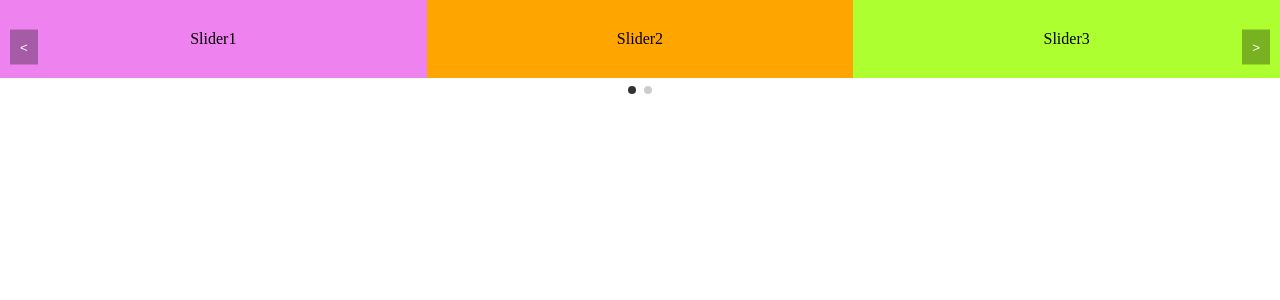
Repository: hoangan3526/Slideslip
Page: slidezy.html
An editor plug-in stored every save of this project. The page is shown before and after the next save, followed by the edit.
The browser window is 1280 px wide. The pictures show the whole page.

Above is the page before, as saved 2026-05-16 22:15:16.

### slidezy.html
<!doctype html>
<html lang="en">
  <head>
    <meta charset="UTF-8" />
    <meta name="viewport" content="width=device-width, initial-scale=1.0" />
    <link rel="stylesheet" href="./src/slidezy.css" />
    <title>Slider</title>
    <style>
      * {
        padding: 0;
        margin: 0;
        box-sizing: border-box;
      }

      .slidezy-slide {
        padding: 30px;
        text-align: center;
      }

      .slide-1 {
        background: violet;
      }

      .slide-2 {
        background: orange;
      }

      .slide-3 {
        background: greenyellow;
      }
      .slide-4 {
        background: rgb(238, 130, 197);
      }

      .slide-5 {
        background: rgb(255, 72, 0);
      }

      .slide-6 {
        background: rgb(89, 47, 255);
      }
    </style>
  </head>
  <body>
    <div id="my-slider">
      <div class="slide-1">Slider1</div>
      <div class="slide-2">Slider2</div>
      <div class="slide-3">Slider3</div>
      <div class="slide-4">Slider4</div>
      <div class="slide-5">Slider5</div>
      <div class="slide-6">Slider6</div>
    </div>
    <script src="./src/slidezy.js"></script>
    <script>
      const slide = new Slidezy("#my-slider", {
        items: 3,
        loop: true,
        speed: 300,
      });
    </script>
  </body>
</html>

### src/slidezy.css
.slidezy-wrapper {
  position: relative;
  width: 100%;
  overflow: hidden;
}

.slidezy-track {
  display: flex;
}

.slidezy-slide {
  flex: 0 0 auto;
}

.slidezy-prev,
.slidezy-next {
  position: absolute;
  top: 50%;
  transform: translateY(-50%);
  border: none;
  outline: none;
  padding: 10px;
  color: #fff;
  background: rgba(0, 0, 0, 0.3);
}

.slidezy-prev {
  left: 10px;
}

.slidezy-next {
  right: 10px;
}
.slidezy-nav {
  display: flex;
  justify-content: center;
  align-items: center;
  gap: 8px;
  margin-top: 8px;
}
.slidezy-dot {
  width: 8px;
  height: 8px;
  border: none;
  border-radius: 50%;
  background-color: #ccc;
}
.slidezy-dot.active {
  background-color: #333;
}

### src/slidezy.js
function Slidezy(selector, options = {}) {
  this.container = document.querySelector(selector);
  if (!this.container) {
    console.error(`${selector} is not Container`);
    return;
  }
  this.opt = Object.assign({}, options);
  //slidezy-track
  this.slides = Array.from(this.container.children);
  this.opt = Object.assign(
    {
      items: 1,
      loop: false,
      speed: 300,
      nav: true,
    },
    options,
  );
  this.currentIndex = 0;

  this.currentIndex = this.opt.loop ? this.opt.items : 0;

  this.init();
  this._updatePosition();
}
Slidezy.prototype.init = function () {
  this.container.classList.add("slidezy-wrapper");
  this.createTrack();
  this.createControls();
  if (this.opt.nav) {
    this.createNav();
  }
};
Slidezy.prototype.createTrack = function () {
  this.track = document.createElement("div");

  this.track.className = "slidezy-track";

  if (this.opt.loop) {
    this.slideHead = this.slides
      .slice(-this.opt.items)
      .map((node) => node.cloneNode(true));
    this.slideTail = this.slides
      .slice(0, this.opt.items)
      .map((node) => node.cloneNode(true));
    this.slides = this.slideHead.concat(this.slides.concat(this.slideTail));
  }

  this.slides.forEach((track) => {
    track.classList.add("slidezy-slide");
    track.style.flexBasis = `calc(100% / ${this.opt.items})`;
    this.track.appendChild(track);
  });

  this.container.appendChild(this.track);
};
Slidezy.prototype.createNav = function () {
  this.navWrapper = document.createElement("div");
  this.navWrapper.className = "slidezy-nav";

  const slidesCount =
    this.slides.length - (this.opt.loop ? this.opt.items * 2 : 0);

  const pageCount = Math.ceil(slidesCount / this.opt.items);
  for (let i = 0; i < pageCount; i++) {
    const dot = document.createElement("button");
    dot.className = "slidezy-dot";
    if (i === 0) {
      dot.classList.add("active");
    }
    dot.onclick = () => {
      this.currentIndex = this.opt.loop
        ? i * this.opt.items + this.opt.items
        : i * this.opt.items;

      this._updatePosition();
    };
    this.navWrapper.appendChild(dot);
  }

  this.container.append(this.navWrapper);
};
Slidezy.prototype.createControls = function () {
  this.prevbtn = document.createElement("button");
  this.nextbtn = document.createElement("button");

  this.prevbtn.textContent = "<";
  this.nextbtn.textContent = ">";

  this.prevbtn.classList.add("slidezy-prev");
  this.nextbtn.classList.add("slidezy-next");

  this.container.append(this.prevbtn, this.nextbtn);
  this.prevbtn.onclick = () => this.moveSlide(-1);
  this.nextbtn.onclick = () => this.moveSlide(1);
};
Slidezy.prototype.moveSlide = function (step) {
  if (this._isAnimating) return;
  this._isAnimating = true;

  const maxIndex = this.slides.length - this.opt.items;

  this.currentIndex = Math.min(Math.max(this.currentIndex + step, 0), maxIndex);

  setTimeout(() => {
    if (this.opt.loop) {
      if (this.currentIndex <= 0) {
        this.currentIndex = maxIndex - this.opt.items;
        this._updatePosition(true);
      } else if (this.currentIndex >= maxIndex) {
        this.currentIndex = this.opt.items;
        this._updatePosition(true);
      }
    }
    this._isAnimating = false;
  }, this.opt.speed);

  this._updatePosition();
};
Slidezy.prototype.updateNav = function () {
  let realIndex = this.currentIndex;

  if (this.opt.loop) {
    const slideCount = this.slides.length - this.opt.items * 2;
    realIndex = (this.currentIndex - this.opt.items + slideCount) % slideCount;
  }

  const pageIndex = Math.floor(realIndex / this.opt.items);
  const dots = Array.from(this.navWrapper.children);
  dots.forEach((dot, index) => {
    dot.classList.toggle("active", index === pageIndex);
  });
};
Slidezy.prototype._updatePosition = function (instant = false) {
  this.track.style.transition = instant
    ? "none"
    : `transform ${this.opt.speed}ms ease-in-out`;
  this.offset = this.currentIndex * -(100 / this.opt.items);

  this.track.style.transform = `translateX(${this.offset}%)`;
  if (this.opt.nav && !instant) {
    this.updateNav();
  }
};
// 4 5 6 1 2 3 4 5 6 1 2 3
// 0 1 2 3 4 5 6 7 8 9 10 11

After the next save:
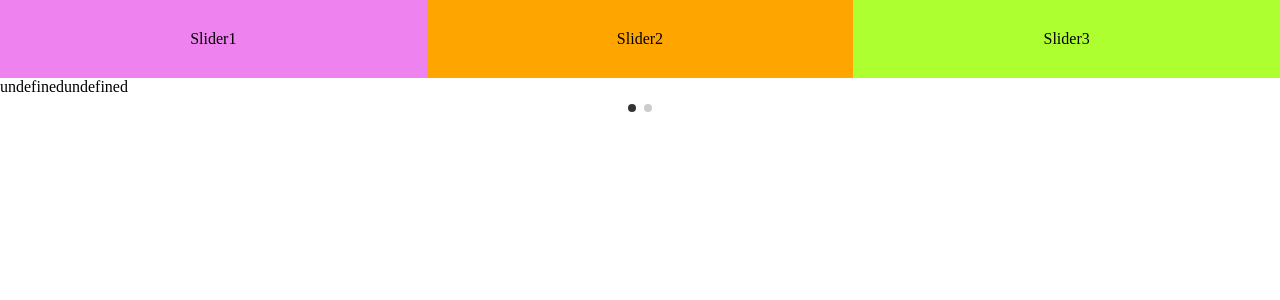
Saved 45 min 34 s later.
--- a/src/slidezy.js
+++ b/src/slidezy.js
@@ -25,12 +25,19 @@ function Slidezy(selector, options = {}) {
 }
 Slidezy.prototype.init = function () {
   this.container.classList.add("slidezy-wrapper");
+  this._createContent();
   this.createTrack();
   this.createControls();
   if (this.opt.nav) {
     this.createNav();
   }
 };
+Slidezy.prototype._createContent = function () {
+  this.content = document.createElement("div");
+  this.content.className = "slidezy-content";
+  this.container.appendChild(this.content);
+};
+
 Slidezy.prototype.createTrack = function () {
   this.track = document.createElement("div");
 
@@ -52,7 +59,7 @@ Slidezy.prototype.createTrack = function () {
     this.track.appendChild(track);
   });
 
-  this.container.appendChild(this.track);
+  this.content.appendChild(this.track);
 };
 Slidezy.prototype.createNav = function () {
   this.navWrapper = document.createElement("div");
@@ -90,7 +97,7 @@ Slidezy.prototype.createControls = function () {
   this.prevbtn.classList.add("slidezy-prev");
   this.nextbtn.classList.add("slidezy-next");
 
-  this.container.append(this.prevbtn, this.nextbtn);
+  this.content.append(this.prevBtn, this.nextBtn);
   this.prevbtn.onclick = () => this.moveSlide(-1);
   this.nextbtn.onclick = () => this.moveSlide(1);
 };
